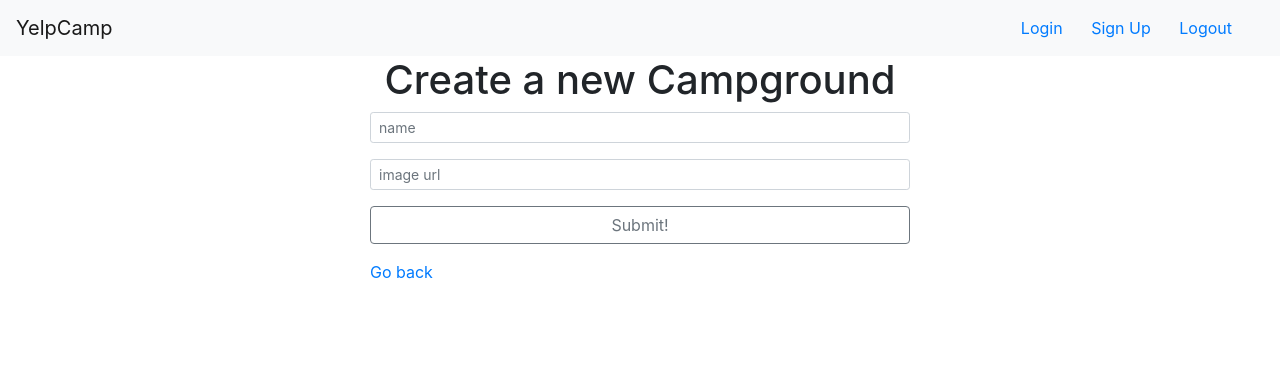
Repository: manojsatya/YelpCamp
Page: http://localhost/campgrounds/new
The author's editor kept a copy of each file at every save. The page is drawn from the files as they stood at one save, then again after the next save.
The browser window is 1280 px wide. The pictures show the whole page.
The page is served by the project's Node server (app.js). Other server files are loaded and not shown.

Above is the page before, as saved 2019-06-20 14:48:13.
Console error: TypeError: Cannot read properties of undefined (reading 'fn')

### views/new.ejs
<% include partials/header %>


<div class="container">
    <div class="row justify-content-center">
        <div class="col-md-3 col-lg-6">
            <h1 class="text-center">Create a new Campground</h1>
            <form action="/campgrounds" method="POST">
                <div class="form-group">
                    <input class="form-control form-control-sm" type="text" name="name" id="" placeholder="name">
                </div>
                <div class="form-group">
                    <input class="form-control form-control-sm" type="text" name="image" id="" placeholder="image url">
                </div>
                <div class="form-group">
                    <button class="btn btn-outline-secondary btn-block"> Submit!</button>
                </div>
            </form>
            <a href="/campgrounds"> Go back</a>
        </div>
    </div>
</div>

<% include partials/footer %>

### views/partials/header.ejs
<!DOCTYPE html>
<html lang="en">
<head>
    <meta charset="UTF-8">
    <meta name="viewport" content="width=device-width, initial-scale=1.0">
    <meta http-equiv="X-UA-Compatible" content="ie=edge">
    <title>YelpCamp</title>
    <link rel="stylesheet" href="https://stackpath.bootstrapcdn.com/bootstrap/4.3.1/css/bootstrap.min.css">
</head>
<body>
        <nav class="navbar navbar-light bg-light">
                <a class = "navbar-brand" href="/">YelpCamp</a>
                <div class="navbar-right mr-sm-2">
                    <a class = "mr-sm-4" href="">Login</a>
                    <a class = "mr-sm-4" href="">Sign Up</a>
                    <a class = "mr-sm-4" href="">Logout</a>
                </div>

            </nav>

        <script src="https://stackpath.bootstrapcdn.com/bootstrap/4.3.1/js/bootstrap.min.js"></script>

### app.js
var express     = require("express"),
    app         = express(),
    bodyParser  = require("body-parser"),
    mongoose    = require("mongoose"),
    Campground = require("./models/campground");

mongoose.connect("mongodb://localhost:27017/yelp_camp", {useNewUrlParser: true});
app.use(bodyParser.urlencoded({extended: true}));
app.set("view engine", "ejs");

// Schema setup


/* Campground.create(
    {
        name: "Shradha Shiv",
        image: "https://encrypted-tbn0.gstatic.com/images?q=tbn:ANd9GcQ5b9dOfcfle_RwfdPS21qwfn5kcQ_BfHuL4uoVApARc1INLCfp",
        description: "This is a good place to spend the night. Awesome weather and rainy and moody and sexy."
    }, function(err, campground){
        if(err){
            console.log(err);
        } else{
            console.log("NEWLY CREATED CAMPGROUND");
            console.log(campground);
        }
    }); */

/* var campgrounds = [
    {name: "Manoj Satya", image: "https://static.rootsrated.com/image/upload/s--_i1nqUT1--/t_rr_large_traditional/oy9xsbijv8wehnrzv0zt.jpg"},
    {name: "Shradha Shiv", image: "https://encrypted-tbn0.gstatic.com/images?q=tbn:ANd9GcQ5b9dOfcfle_RwfdPS21qwfn5kcQ_BfHuL4uoVApARc1INLCfp"},
    {name: "Meghana", image: "http://hudsonshope.ca/wp-content/uploads/2016/10/Inflatable-Boat.jpg"},
    {name: "Manoj Satya", image: "https://static.rootsrated.com/image/upload/s--_i1nqUT1--/t_rr_large_traditional/oy9xsbijv8wehnrzv0zt.jpg"},
    {name: "Shradha Shiv", image: "https://encrypted-tbn0.gstatic.com/images?q=tbn:ANd9GcQ5b9dOfcfle_RwfdPS21qwfn5kcQ_BfHuL4uoVApARc1INLCfp"},
    {name: "Meghana", image: "http://hudsonshope.ca/wp-content/uploads/2016/10/Inflatable-Boat.jpg"},
    {name: "Manoj Satya", image: "https://static.rootsrated.com/image/upload/s--_i1nqUT1--/t_rr_large_traditional/oy9xsbijv8wehnrzv0zt.jpg"},
    {name: "Shradha Shiv", image: "https://encrypted-tbn0.gstatic.com/images?q=tbn:ANd9GcQ5b9dOfcfle_RwfdPS21qwfn5kcQ_BfHuL4uoVApARc1INLCfp"},
    {name: "Meghana", image: "http://hudsonshope.ca/wp-content/uploads/2016/10/Inflatable-Boat.jpg"},
    {name: "Manoj Satya", image: "https://static.rootsrated.com/image/upload/s--_i1nqUT1--/t_rr_large_traditional/oy9xsbijv8wehnrzv0zt.jpg"},
    {name: "Shradha Shiv", image: "https://encrypted-tbn0.gstatic.com/images?q=tbn:ANd9GcQ5b9dOfcfle_RwfdPS21qwfn5kcQ_BfHuL4uoVApARc1INLCfp"},
    {name: "Meghana", image: "http://hudsonshope.ca/wp-content/uploads/2016/10/Inflatable-Boat.jpg"}
] */

app.get("/", function(req, res){
    res.render("landing");
});

//INDEX ROUTE
app.get("/campgrounds", function(req, res){
    // get all campgrounds rom db
    Campground.find({}, function(err, allcampgrounds){
        if(err){
            console.log(err);
        } else {
            res.render("index",{campgrounds:allcampgrounds});
        }
    });
});

//FORM ROUTE
app.post("/campgrounds", function(req, res){
    //get data from form and add to campground array
    var name = req.body.name;
    var image = req.body.image;
    var newCampground = {name: name, image: image};
    // create a new campground and save to db
    Campground.create(newCampground, function(err, newlyCreated){
        if(err){
            console.log(err);
        } else{
            //redirect back to campgrounds page
            res.redirect("/campgrounds");
        }
    });
});

//NEW ROUTE
app.get("/campgrounds/new", function(req, res){
    res.render("new.ejs");
});


//SHOW ROUTE
app.get("/campgrounds/:id", function(req, res){
    //find the campground with provided id
    Campground.findById(req.params.id, function(err, foundCampground){
        if(err){
            console.log(err);
        } else{
            // render show template with that id
            res.render("show", {campground:foundCampground});
        }
    });


})

app.listen(3000, function(){
    console.log("The YelpCamp Server has started");
});

Loaded but not shown: views/partials/footer.ejs (common file)

After the next save:
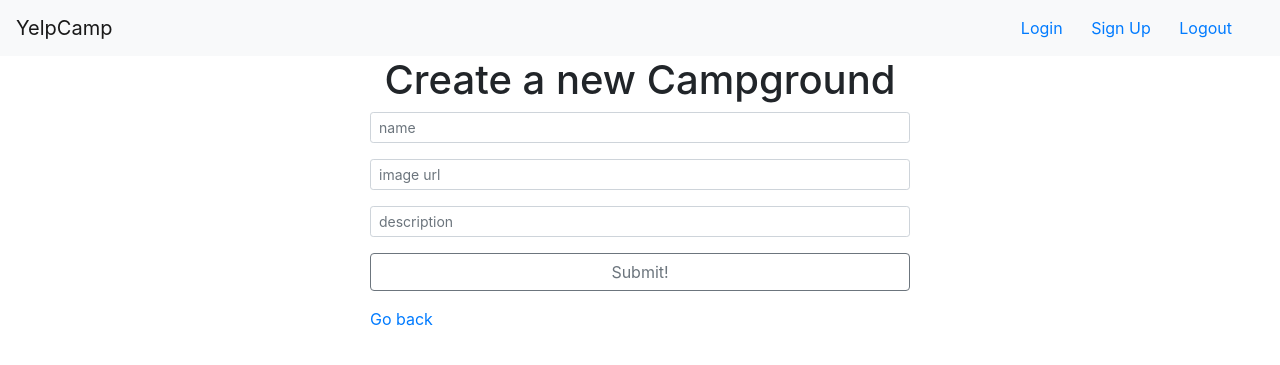
Saved 108 s later.
--- a/views/new.ejs
+++ b/views/new.ejs
@@ -13,6 +13,9 @@
                     <input class="form-control form-control-sm" type="text" name="image" id="" placeholder="image url">
                 </div>
                 <div class="form-group">
+                    <input class="form-control form-control-sm" type="text" name="description" id="" placeholder="description">
+                </div>
+                <div class="form-group">
                     <button class="btn btn-outline-secondary btn-block"> Submit!</button>
                 </div>
             </form>
